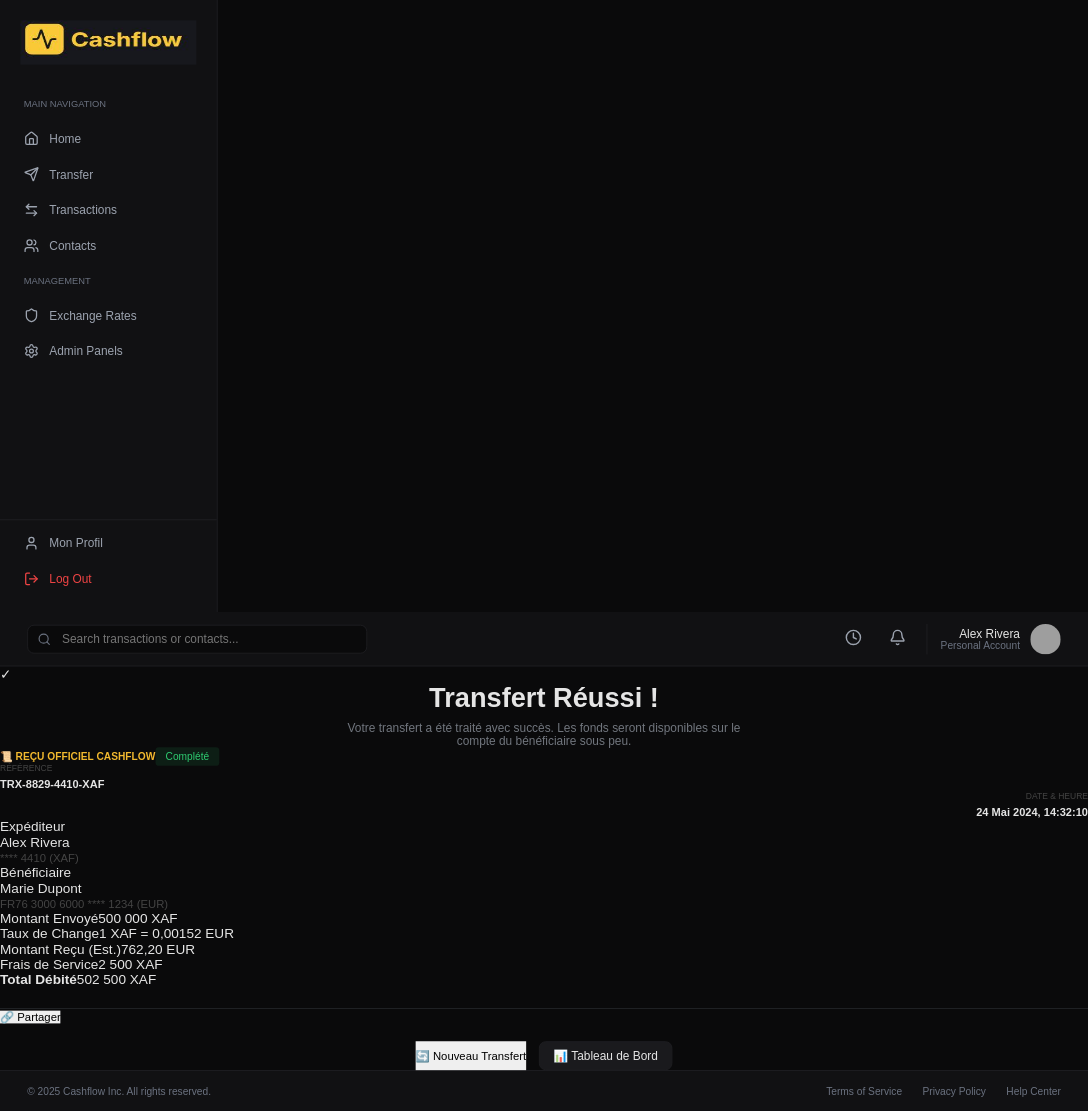
Repository: laetitiamaelle/GROUEPE5_PROGRAMMATIONWEBII_PLATEFORME_DE_TRANSFERT_MULTIDEVISE
Page: /confirmation
These files come from the project's save history. The page is drawn as it stood at one moment and after the next save; the edit follows.
The browser window is 1280 px wide. The pictures show the whole page, at 85% of full size.
Pictures or frames that could not be fetched are drawn as grey boxes. The project was rebuilt for these pictures with package versions that can differ from the ones it lists, and the page was loaded fresh each time. The framework's server and built-in components were replaced by stand-ins that run in the browser. Also part of the build but not shown: next.config.ts.

Above is the page before, as saved 2026-05-21 10:31:34.

### app/confirmation/page.tsx
import TopbarD from '../../components/TopbarD';
import Sidebar from '../../components/Sidebar';

export default function ConfirmationPage() {
  return (
        <div className="app-layout" >
            <Sidebar />
        <div className='content-wrapper'>
        <TopbarD/>
      <div className="confirmation-container">
      <div className="status-icon-circle">✓</div>

      <h1 style={{ fontSize: '32px', fontWeight: '700', marginBottom: '8px', textAlign: 'center' }}>
        Transfert Réussi !
      </h1>

      <p style={{ color: '#71767e', textAlign: 'center', maxWidth: '480px', fontSize: '14px', marginBottom: '40px', margin: 'auto' }}>
        Votre transfert a été traité avec succès. Les fonds seront disponibles sur le compte du bénéficiaire sous peu.
      </p>

      <div className="receipt-card">
        <div className="receipt-header">
          <span style={{ color: '#f3ba2f', fontSize: '12px', fontWeight: '800' }}>📜 REÇU OFFICIEL CASHFLOW</span>
          <span style={{ color: '#2ecc71', fontSize: '12px', background: 'rgba(46,204,113,0.1)', padding: '4px 12px', borderRadius: '4px' }}>Complété</span>
        </div>

        <div className="ref-box">
          <div>
            <label style={{ fontSize: '10px', color: '#444', display: 'block', marginBottom: '4px' }}>RÉFÉRENCE</label>
            <span style={{ fontSize: '13px', fontWeight: '600' }}>TRX-8829-4410-XAF</span>
          </div>
          <div style={{ textAlign: 'right' }}>
            <label style={{ fontSize: '10px', color: '#444', display: 'block', marginBottom: '4px' }}>DATE & HEURE</label>
            <span style={{ fontSize: '13px', fontWeight: '600' }}>24 Mai 2024, 14:32:10</span>
          </div>
        </div>

        <div className="info-row">
          <span className="info-label">Expéditeur</span>
          <div className="info-value">Alex Rivera <br/><small style={{ color: '#444' }}>**** 4410 (XAF)</small></div>
        </div>

        <div className="info-row">
          <span className="info-label">Bénéficiaire</span>
          <div className="info-value">Marie Dupont <br/><small style={{ color: '#444' }}>FR76 3000 6000 **** 1234 (EUR)</small></div>
        </div>

        <div className="info-row">
          <span className="info-label">Montant Envoyé</span>
          <span className="info-value">500 000 XAF</span>
        </div>

        <div className="info-row">
          <span className="info-label">Taux de Change</span>
          <span className="info-value">1 XAF = 0,00152 EUR</span>
        </div>

        <div className="info-row">
          <span className="info-label">Montant Reçu (Est.)</span>
          <span className="info-value">762,20 EUR</span>
        </div>

        <div className="info-row">
          <span className="info-label">Frais de Service</span>
          <span className="info-value">2 500 XAF</span>
        </div>

        <div className="divider-dashed"></div>

        <div className="info-row" style={{ paddingBottom: '24px' }}>
          <span className="info-label" style={{ fontWeight: '700' }}>Total Débité</span>
          <span className="total-text">502 500 XAF</span>
        </div>

        <div className="action-grid" style={{ borderTop: '1px solid #232529' }}>
          <button className="btn-outline">🔗 Partager</button>
        </div>
      </div>

      <div className="footer-buttons" style={{ display: 'flex', justifyContent: 'center', gap: '15px', marginTop: '20px' }}>
        <button className="btn-gold">🔄 Nouveau Transfert</button>
        <button className="btn-dark">📊 Tableau de Bord</button>
      </div>
    </div>
        <footer className="footer">
        <span>© 2025 Cashflow Inc. All rights reserved.</span>
        <div className="footer-links">
          <a href="#">Terms of Service</a>
          <a href="#">Privacy Policy</a>
          <a href="#">Help Center</a>
        </div>
      </footer>
    </div>
    </div>
  );
}

### app/globals.css
* {
    margin: 0;
    padding: 0;
    box-sizing: border-box;
}

body {
    background: #0A0A0B;
    color: #E5E5E5;
    font-family: Arial, sans-serif;
}

a {
    text-decoration: none;
    color: inherit;
}

button {
    cursor: pointer;
    border: none;
    font-family: inherit;
}

### components/TopbarD.tsx
'use client'
import { Search, Clock, Bell } from 'lucide-react'
import '../styles/HistoriqueTransactions.css'

export default function HistoriqueTransactions() {

  return (
    <div className="main">
      <header className="topbar">
        <div className="search-box">
          <Search size={16} className="search-icon" />
          <input type="text" placeholder="Search transactions or contacts..." className="search" />
        </div>
        <div className="topbar-right">
          <button className="icon-btn"><Clock size={20} /></button>
          <button className="icon-btn"><Bell size={20} /></button>
          <div className="user">
            <div className="user-info">
              <span className="user-name">Alex Rivera</span>
              <span className="user-role">Personal Account</span>
            </div>
            <img src="https://i.pravatar.cc/40" alt="avatar" className="user-avatar" />
          </div>
        </div>
      </header>
    </div>
  )
}

### components/Sidebar.tsx
'use client'
import Link from 'next/link';
import { usePathname } from 'next/navigation'
import { Home, Send, ArrowLeftRight, Users, Shield, Settings, LogOut, User } from 'lucide-react'
import '../styles/Sidebar.css'
import Image from 'next/image'
import maPhoto from '../public/logo-cashflow.jpeg'

export default function Sidebar() {
    const pathname = usePathname()

    return (
        <aside className='sidebar'>

            <Image src={maPhoto} alt="Description de la photo" placeholder="blur" class="logo"/>
            <nav className='nav'>
                <p className='nav-title'>MAIN NAVIGATION</p>
                <Link href="/home" className={`nav-item ${pathname === '/home' ? 'active' : ''}`}>
                    <Home size={18} /> Home
                </Link>
                <Link href="/transfert" className={`nav-item ${pathname.startsWith('/transfert') ? 'active' : ''}`}>
                    <Send size={18} /> Transfer
                </Link>
                <Link href="/transactions" className={`nav-item ${pathname === '/transactions' ? 'active' : ''}`}>
                    <ArrowLeftRight size={18} /> Transactions
                </Link>
                <Link href="#" className="nav-item">
                    <Users size={18} /> Contacts
                </Link>

                <p className="nav-title">MANAGEMENT</p>
                <Link href="/exchange-rates" className={`nav-item ${pathname === '/exchange-rates' ? 'active' : ''}`}>
                    <Shield size={18} /> Exchange Rates
                </Link>
                <Link href="/dashboard" className={`nav-item ${pathname === '/admin' ? 'active' : ''}`}>
                    <Settings size={18} /> Admin Panels
                </Link>
            </nav>

            <div className='sidebar-footer'>
                <Link href="/profil" className={`nav-item ${pathname === '/profil' ? 'active' : ''}`}>
                    <User size={18} /> Mon Profil
                </Link>
                <div className='sidebar-logout'>
                    <button className='nav-item logout-btn'>
                        <LogOut size={18} /> Log Out
                    </button>
                </div>
            </div>
        </aside>
    )
}

### styles/HistoriqueTransactions.css
.main {
    flex: 1;
    display: flex;
    flex-direction: column;
}

.topbar {
    height: 64px;
    background: #111113;
    border-bottom: 1px solid #1F1F23;
    display: flex;
    align-items: center;
    justify-content: space-between;
    padding: 0 32px;
}

.search-box {
    position: relative;
    display: flex;
    align-items: center;
}

.search-icon {
    position: absolute;
    left: 12px;
    color: #6B7280;
}

.search {
    width: 400px;
    background: #0A0A0B;
    border: 1px solid #1F1F23;
    border-radius: 8px;
    padding: 8px 16px 8px 40px;
    color: white;
    font-size: 14px;
}

.topbar-right {
    display: flex;
    align-items: center;
    gap: 16px;
}

.icon-btn {
    background: none;
    color: #9CA3AF;
    padding: 8px;
    border-radius: 8px;
}

.icon-btn:hover {
    background: #1A1A1D;
}

.user {
    display: flex;
    align-items: center;
    gap: 12px;
    padding-left: 16px;
    border-left: 1px solid #1F1F23;
}

.user-info {
    text-align: right;
}

.user-name {
    display: block;
    font-size: 14px;
    font-weight: 500;
}

.user-role {
    display: block;
    font-size: 12px;
    color: #6B7280;
}

.user-avatar {
    width: 36px;
    height: 36px;
    border-radius: 50%;
}

.content {
    flex: 1;
    padding: 32px;
    overflow: auto;
}

.header {
    display: flex;
    justify-content: space-between;
    margin-bottom: 24px;
}

.header h1 {
    font-size: 30px;
    margin-bottom: 4px;
}

.header p {
    color: #6B7280;
    font-size: 14px;
}

.actions {
    display: flex;
    gap: 12px;
}

.btn-dark {
    background: #1A1A1D;
    border: 1px solid #1F1F23;
    color: #E5E5E5;
    padding: 8px 16px;
    border-radius: 8px;
    font-size: 14px;
    display: flex;
    align-items: center;
    gap: 8px;
}

.btn-yellow {
    background: #FACC15;
    color: black;
    padding: 8px 16px;
    border-radius: 8px;
    font-weight: 500;
    font-size: 14px;
    display: flex;
    align-items: center;
    gap: 8px;
}

.filters {
    background: #111113;
    border: 1px solid #1F1F23;
    border-radius: 12px;
    padding: 16px;
    margin-bottom: 24px;
}

.filters-title {
    display: flex;
    align-items: center;
    gap: 8px;
    font-size: 14px;
    margin-bottom: 16px;
}

.filters-grid {
    display: grid;
    grid-template-columns: repeat(4, 1fr);
    gap: 12px;
}

.filter-btn {
    background: #0A0A0B;
    border: 1px solid #1F1F23;
    border-radius: 8px;
    padding: 10px 16px;
    color: #E5E5E5;
    font-size: 14px;
    text-align: left;
}

.filter-input {
    background: #0A0A0B;
    border: 1px solid #1F1F23;
    border-radius: 8px;
    padding: 10px 16px;
    color: white;
    font-size: 14px;
}

.table-box {
    background: #111113;
    border: 1px solid #1F1F23;
    border-radius: 12px;
    overflow: hidden;
}

table {
    width: 100%;
    border-collapse: collapse;
}

thead {
    background: #0A0A0B;
}

th {
    text-align: left;
    padding: 16px;
    font-size: 12px;
    color: #6B7280;
    font-weight: 500;
}

td {
    padding: 16px;
    border-top: 1px solid #1F1F23;
    font-size: 14px;
}

tr:hover {
    background: #1A1A1D;
}

.date {
    font-weight: 500;
    display: block;
}

.ref {
    font-size: 12px;
    color: #6B7280;
    display: block;
    margin-top: 2px;
}

.type-cell {
    display: flex;
    align-items: center;
    gap: 8px;
}

.type-icon {
    width: 28px;
    height: 28px;
    border-radius: 50%;
    display: flex;
    align-items: center;
    justify-content: center;
}

.type-icon.send {
    background: rgba(244, 63, 94, 0.1);
    color: #F43F5E;
}

.type-icon.receive {
    background: rgba(34, 197, 94, 0.1);
    color: #22C55E;
}

.type-icon.convert {
    background: rgba(59, 130, 246, 0.1);
    color: #3B82F6;
}

.montant {
    font-weight: 500;
}

.montant-converti {
    font-weight: 600;
    color: #FACC15;
}

.statut {
    padding: 4px 12px;
    border-radius: 12px;
    font-size: 12px;
    font-weight: 500;
}

.statut-complete {
    background: rgba(34, 197, 94, 0.1);
    color: #22C55E;
}

.statut-attente {
    background: rgba(250, 204, 21, 0.1);
    color: #FACC15;
}

.statut-echoue {
    background: rgba(239, 68, 68, 0.1);
    color: #EF4444;
}

.pagination {
    padding: 16px;
    border-top: 1px solid #1F1F23;
    display: flex;
    justify-content: space-between;
    align-items: center;
    font-size: 12px;
    color: #6B7280;
}

.page-btns {
    display: flex;
    gap: 8px;
    align-items: center;
}

.page-btns button {
    background: none;
    color: #9CA3AF;
    padding: 6px 12px;
    border-radius: 4px;
    font-size: 12px;
}

.page-btns button.active {
    background: #FACC15;
    color: black;
}

.footer {
    height: 48px;
    background: #111113;
    border-top: 1px solid #1F1F23;
    display: flex;
    align-items: center;
    justify-content: space-between;
    padding: 0 32px;
    font-size: 12px;
    color: #6B7280;
}

.footer-links {
    display: flex;
    gap: 24px;
}

### styles/Sidebar.css
.sidebar {
    width: 256px;
    background: #111113;
    border-right: 1px solid #1F1F23;
    display: flex;
    flex-direction: column;
    height: 100vh;
}

.logo {
    padding: 24px;
    width: 100%;
    height: 100px;
    overflow: hidden;
}

.logo-img {
    height: 28px;
    width: auto;
}

.nav {
    flex: 1;
    padding: 0 16px;
}

.nav-title {
    font-size: 11px;
    color: #6B7280;
    padding: 0 12px;
    margin: 16px 0;
}

.nav-item {
    display: flex;
    align-items: center;
    gap: 12px;
    padding: 10px 12px;
    border-radius: 8px;
    color: #9CA3AF;
    font-size: 14px;
    margin-bottom: 4px;
    width: 100%;
    background: none;
}

.nav-item:hover {
    background: #1A1A1D;
    color: white;
}

.nav-item.active {
    background: #1A1A1D;
    color: #FACC15;
}

.logout {
    padding: 16px;
    border-top: 1px solid #1F1F23;
}

.sidebar-footer {
    border-top: 1px solid #1F1F23;
    padding: 8px 16px 16px;
}

.sidebar-logout {
    margin-top: 4px;
}

.logout-btn {
    color: #EF4444 !important;
}

.logout-btn:hover {
    background: rgba(239, 68, 68, 0.1) !important;
    color: #EF4444 !important;
}

.logo-text {
    font-size: 18px;
    font-weight: 700;
    color: #FACC15;
}

Loaded but not shown: app/layout.tsx (common file)

After the next save:
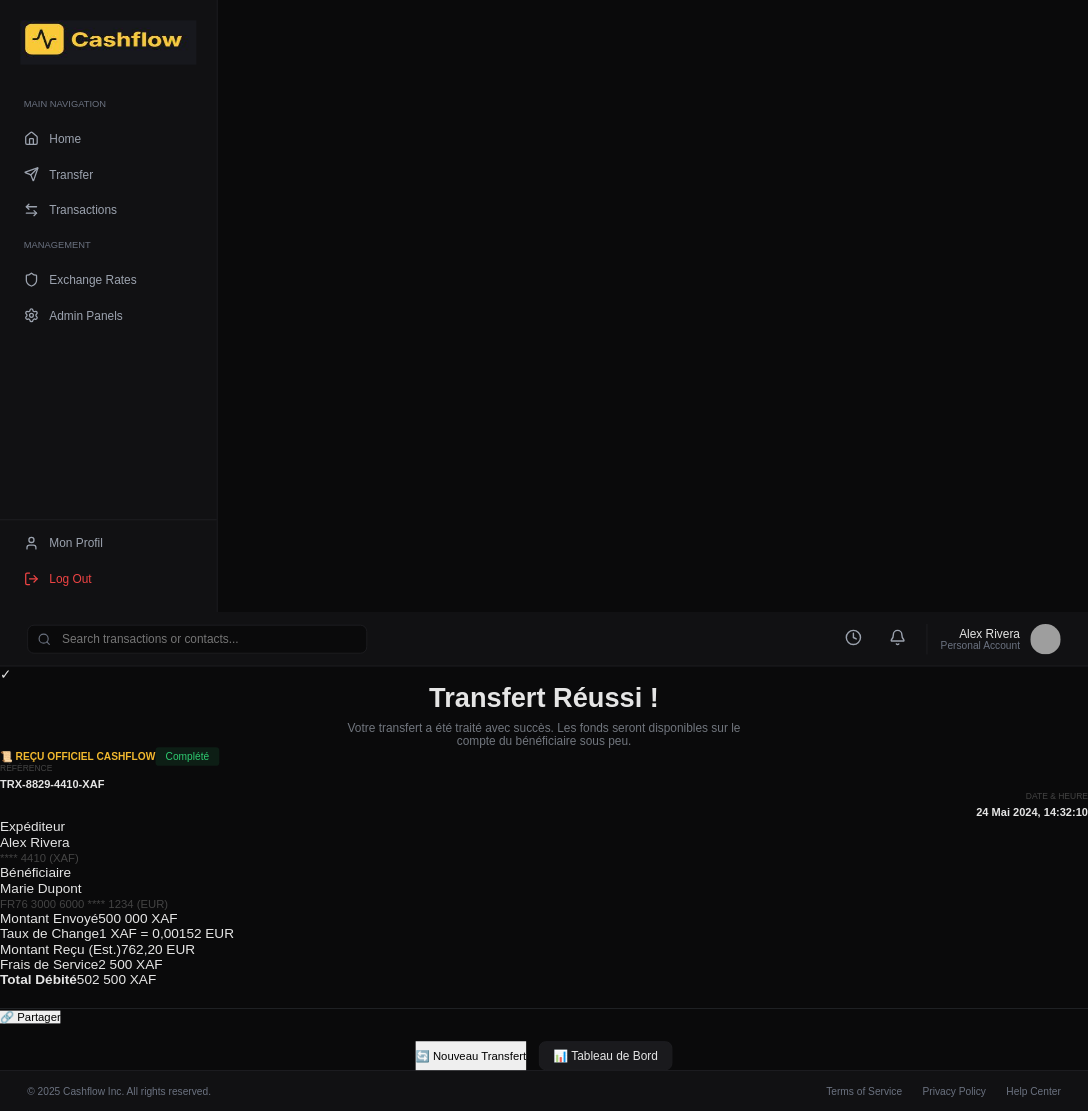
Saved 5 min 48 s later.
--- a/components/Sidebar.tsx
+++ b/components/Sidebar.tsx
@@ -24,9 +24,6 @@ export default function Sidebar() {
                 <Link href="/transactions" className={`nav-item ${pathname === '/transactions' ? 'active' : ''}`}>
                     <ArrowLeftRight size={18} /> Transactions
                 </Link>
-                <Link href="#" className="nav-item">
-                    <Users size={18} /> Contacts
-                </Link>
 
                 <p className="nav-title">MANAGEMENT</p>
                 <Link href="/exchange-rates" className={`nav-item ${pathname === '/exchange-rates' ? 'active' : ''}`}>
